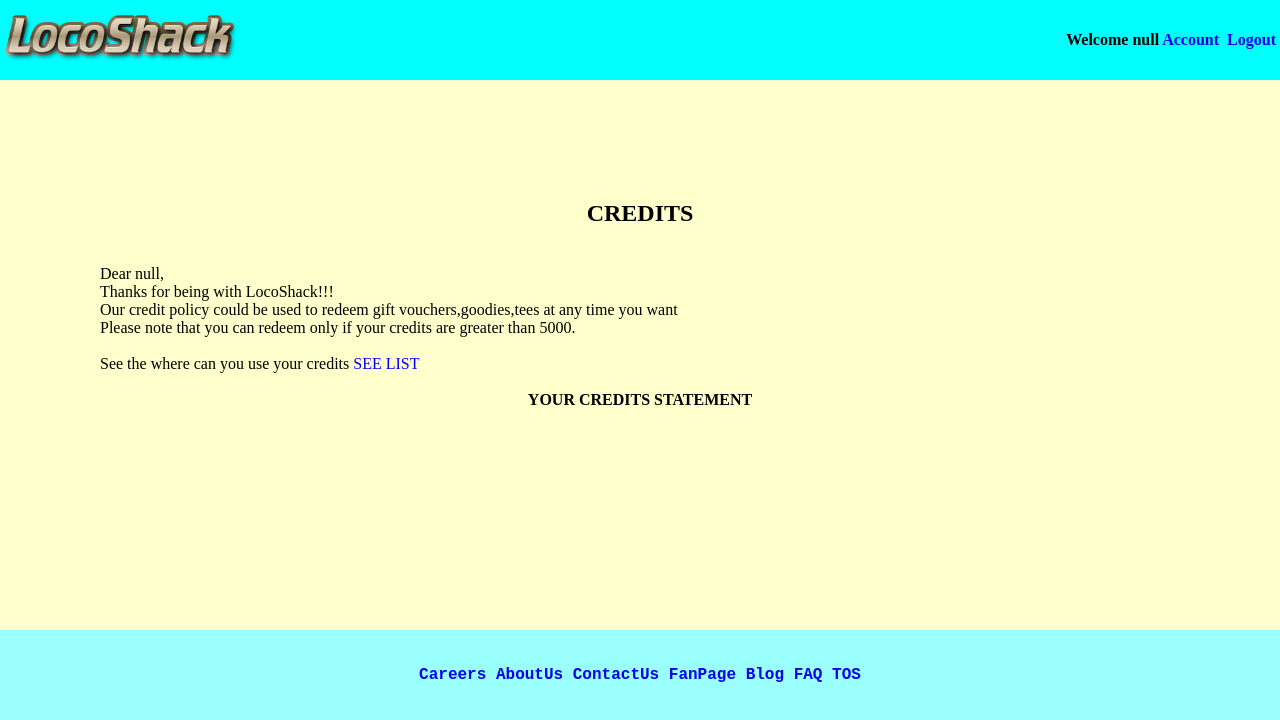
Repository: nicks707/LocoShack_TGMC-project
Page: http://localhost/ram/showcredits.jsp
The author's editor kept a copy of each file at every save. The page is drawn from the files as they stood at one save, then again after the next save.
The browser window is 1280 px wide. The pictures show the whole page.
The page is served by Tomcat 9. Queries for data that is not in the repository find no rows.

Above is the page before, as saved 2012-03-21 10:24:48.

After the next save:
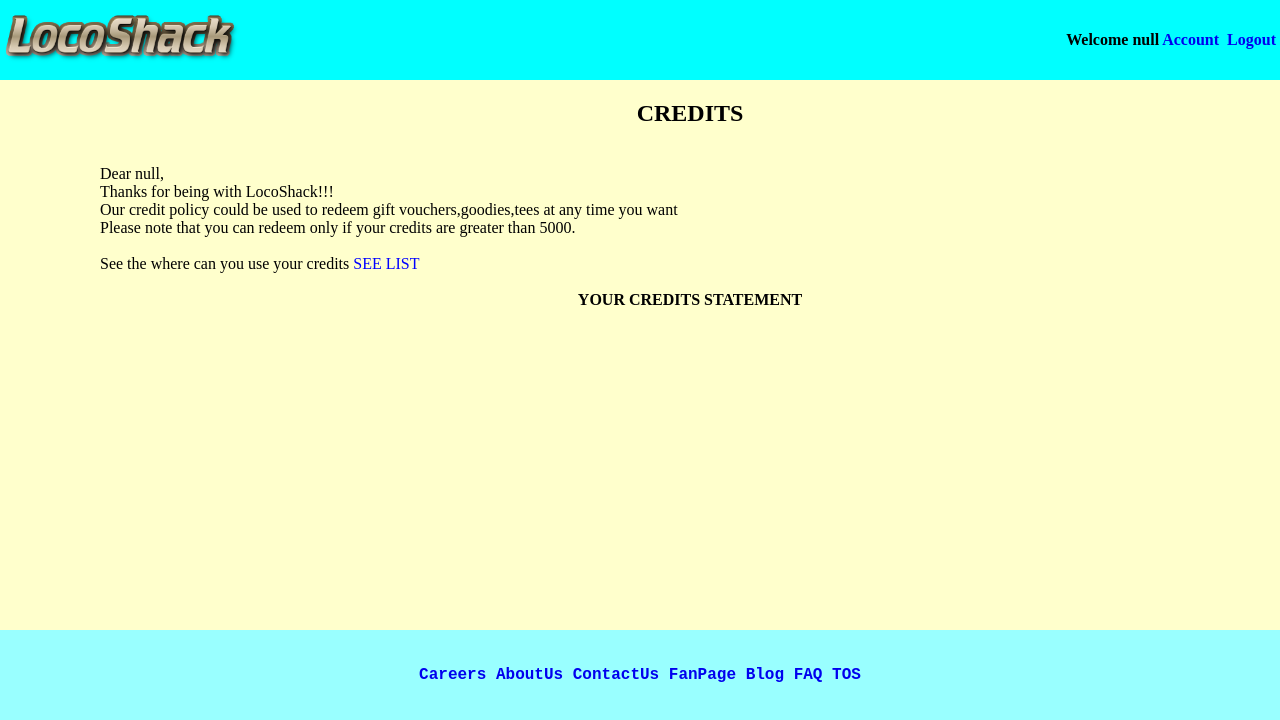
Saved 6 min 5 s later.
--- a/ram/WebContent/showcredits.jsp
+++ b/ram/WebContent/showcredits.jsp
@@ -24,7 +24,7 @@ html, body,table
 <body style="margin-top:0px;margin-left:0px;margin-right:0px">
 <table width="100%" cellpadding="0" cellspacing="0"   style="background-color:#FFFFCC">
 <tr height="60px"><td><jsp:include page="accheader.jsp"></jsp:include></td></tr>
-<tr><td valign="top" style="padding:100px;">
+<tr><td valign="top" style="padding-left:100px;">
 <center><b><h2>CREDITS</h2></b></center><br/>
 Dear <%=session.getAttribute("id") %>,<br/>
 Thanks for being with LocoShack!!!<br/>
